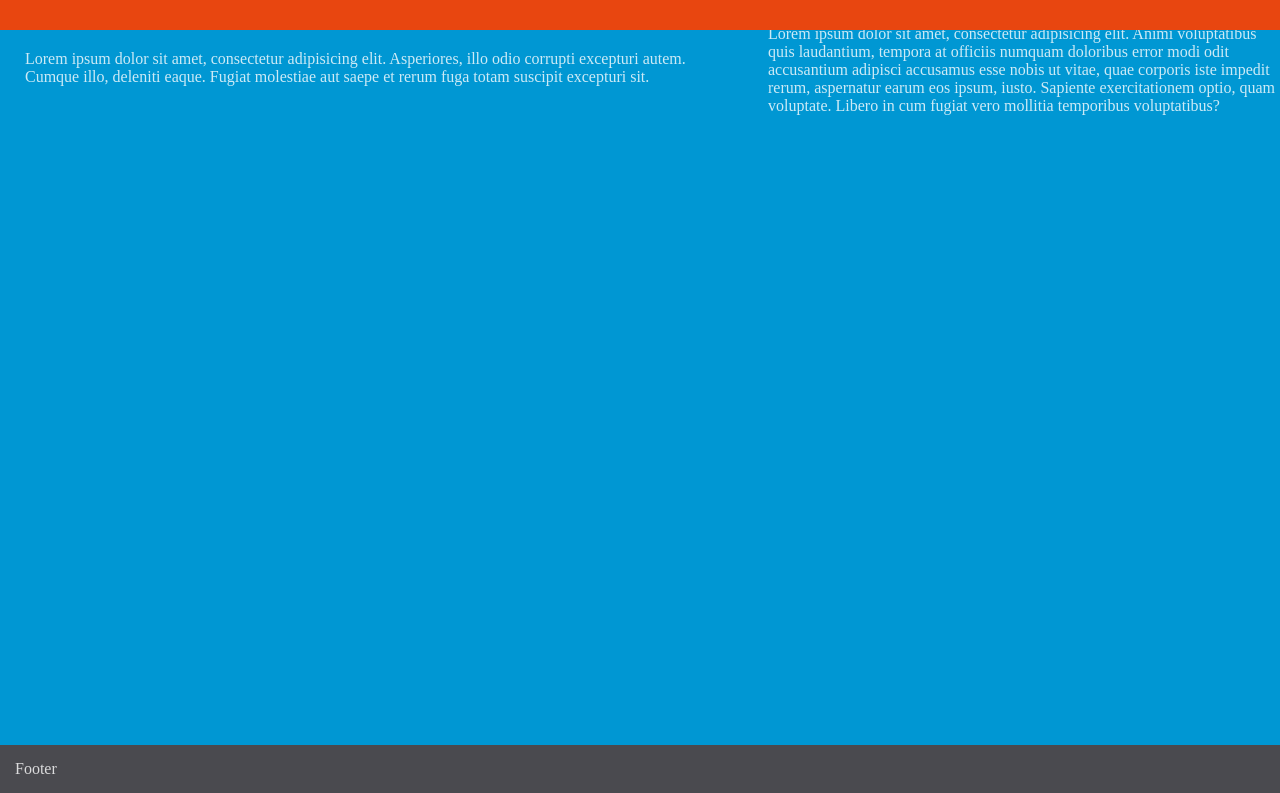
Repository: meghdadyazdi/Media-queries-test
Page: Mini Project/index.html
The author's editor kept a record of every edit. The page is drawn from the files as they stood at one moment, then again after the next edit.
The browser window is 1280 px wide. The pictures show the whole page.

Above is the page before.

### Mini Project/index.html
<!DOCTYPE html>
<html lang="en">
<head>
    <meta charset="UTF-8">
    <meta name="viewport" content="width=device-width, initial-scale=1.0">
    <meta http-equiv="X-UA-Compatible" content="ie=edge">
    <link rel="stylesheet" href="main.css" type="text/css" />
    <title>Document</title>
</head>
<body>
    <main class="main">
    <header class="header">
        <div class="logo"></div>
    </header>

    <section class="section">
        <article class="article column column-60">
            <p class="section-paragraph">
                Lorem ipsum dolor sit amet, consectetur adipisicing elit. Asperiores, illo odio corrupti excepturi autem. Cumque illo, deleniti eaque. Fugiat molestiae aut saepe et rerum fuga totam suscipit excepturi sit.
            </p>
        </article>
        <aside class="aside column column-40"></aside>
        <p class="section-paragraph"></p>
            Lorem ipsum dolor sit amet, consectetur adipisicing elit. Animi voluptatibus quis laudantium, tempora at officiis numquam doloribus error modi odit accusantium adipisci accusamus esse nobis ut vitae, quae corporis iste impedit rerum, aspernatur earum eos ipsum, iusto. Sapiente exercitationem optio, quam voluptate. Libero in cum fugiat vero mollitia temporibus voluptatibus?
    </section>

    <footer class="footer">
        Footer
    </footer>
    </main>
</body>
</html>

### Mini Project/main.css
/*The outermost container or elements-->at top of CSS*/
body, html{
    height: 100%;
    margin: 0;
    color: rgb(255,255,255, .8)
}

.header{
    position: fixed;
    top: 0;
    left: 0;
    right: 0;
    background-color: #e84610; /*red orange*/
    padding:15px 25px;
}


.main{
    height: 100%;/*100% of parent in this case body*/
}


.section{
    background-color: #0097d3;
    height: 100%;/*100% of parent in this case main*/
}


/*we wrap the content in the new dev (vcenter)
*/
.vcenter{
    position: relative;
    top: 50%;
    transform: translateY(-50%);
}


.section-paragraph{
    font-size: 1em; /*16px*/
    margin: 25px;
}


.footer{
    background-color: #4a4a4f;
    padding: 15px;
}



@media (min-width:768px){
    .column{
    float: left;
    }
    .column-60{
        width: 60%;
    }
    .column-40{
        width: 40%;
    }
}

After the next edit:
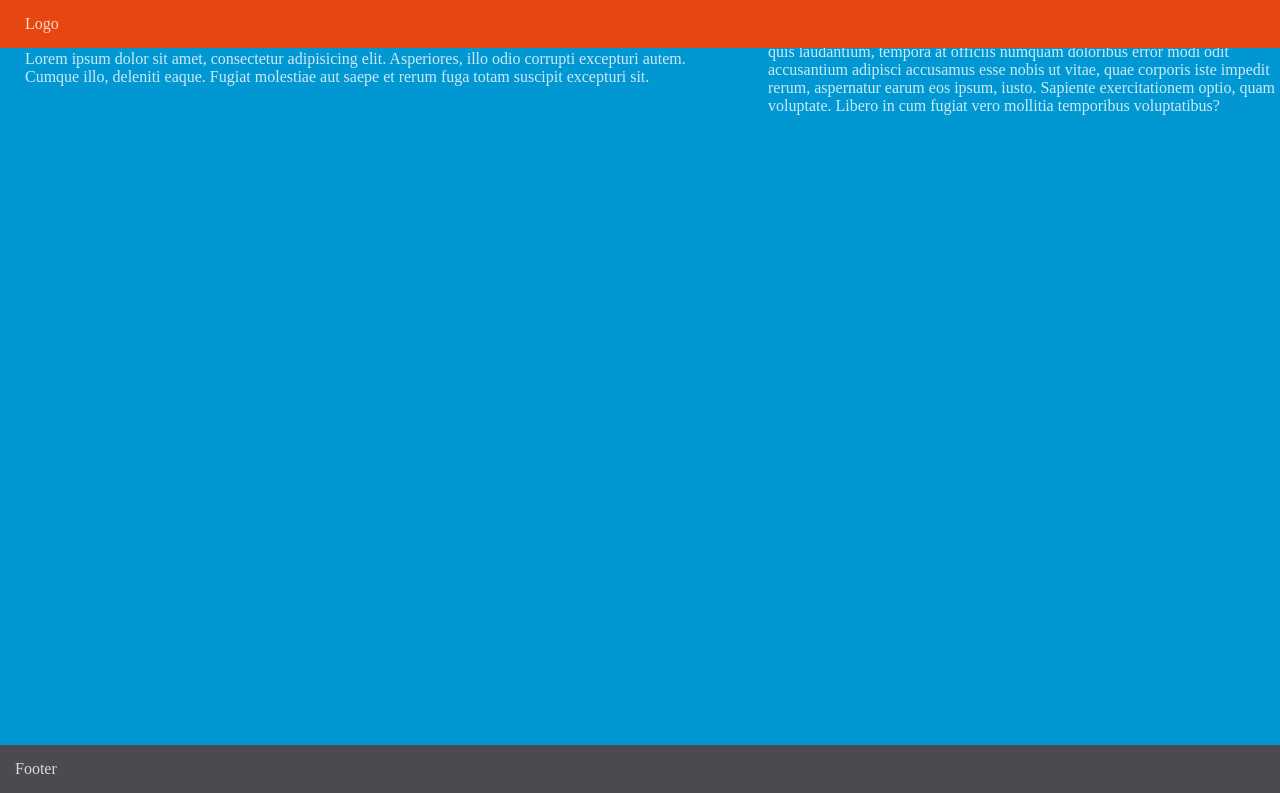
The edit:
--- a/Mini Project/index.html
+++ b/Mini Project/index.html
@@ -10,7 +10,7 @@
 <body>
     <main class="main">
     <header class="header">
-        <div class="logo"></div>
+        <div class="logo">Logo</div>
     </header>
 
     <section class="section">
